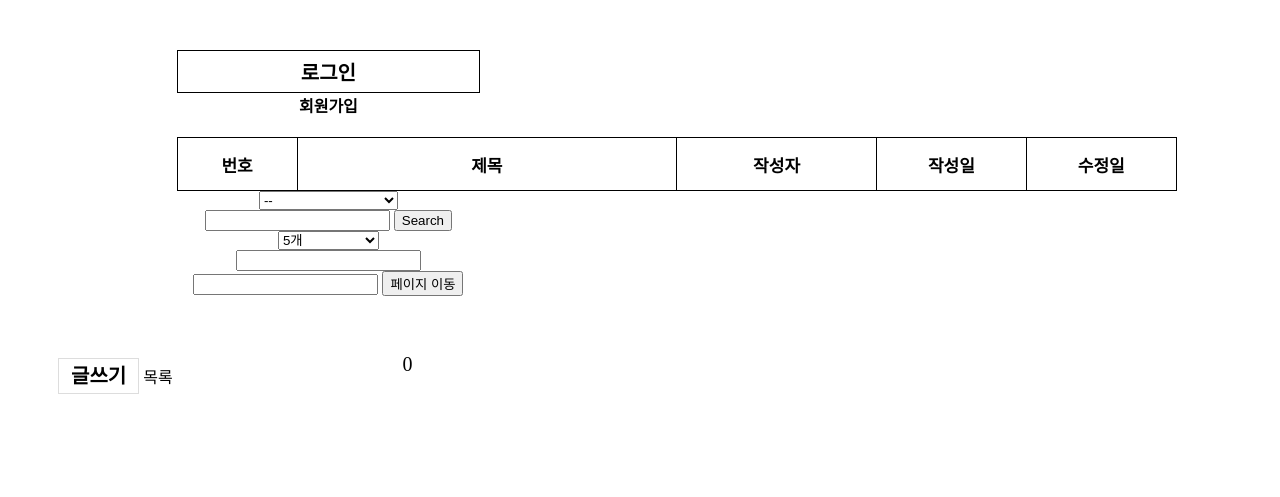
Repository: Shim-YoungDo/gaea-study
Page: http://localhost/study/WEB-INF/views/board/list.jsp
The author's editor kept a copy of each file at every save. The page is drawn from the files as they stood at one save, then again after the next save.
The browser window is 1280 px wide. The pictures show the whole page.
The page is served by Tomcat 9. Nobody is signed in. The template is opened directly, without the code that normally fills it, so the values that code supplies are empty.

Above is the page before, as saved 2021-12-07 05:01:07.

After the next save:
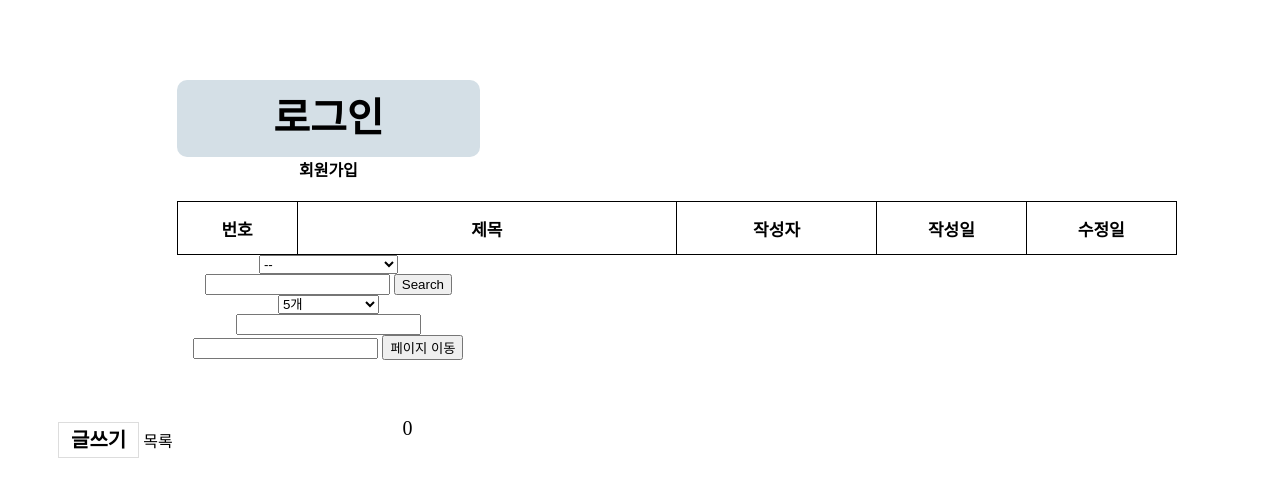
Saved 9 s later.
--- a/study/src/main/webapp/resources/css/board/list.css
+++ b/study/src/main/webapp/resources/css/board/list.css
@@ -60,11 +60,14 @@ a{
 	text-align:center;
 }
   .login_button{
-  	font-size: 20px;
-    padding: 6px 8px;
-    background-color: #fff;
-    border: 1px solid;
-    font-weight: 600;
+  	height:50%;
+	background-color:#D4DFE6;
+	margin-top:30px;
+	line-height:77px;
+	font-size:40px;
+	font-weight:900;
+	border-radius:10px;
+	cursor:pointer;
   }
   .login_area>span{
 	margin-top:10ox;
